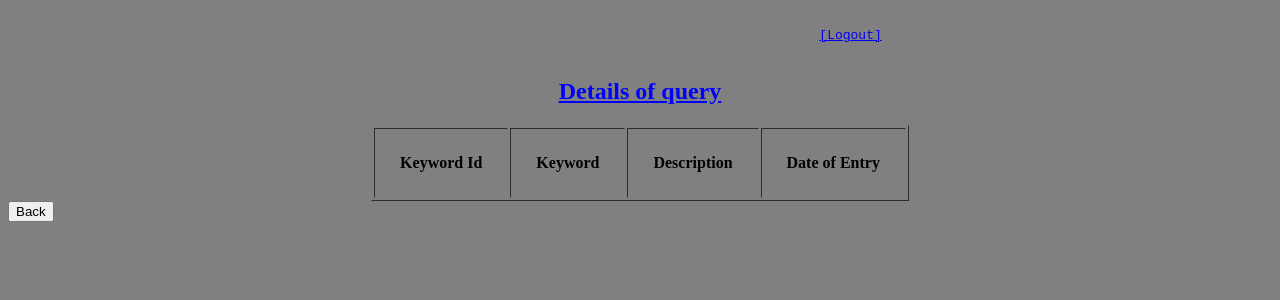
Repository: Ankitr93/CallCenterMgmt
Page: http://localhost/CallCenterManagement/display.jsp
These files come from the project's save history. The page is drawn as it stood at one moment and after the next save; the edit follows.
The browser window is 1280 px wide. The pictures show the whole page.
The page is served by Tomcat 9. Queries for data that is not in the repository find no rows.

Above is the page before, as saved 2013-07-07 06:08:28.

After the next save:
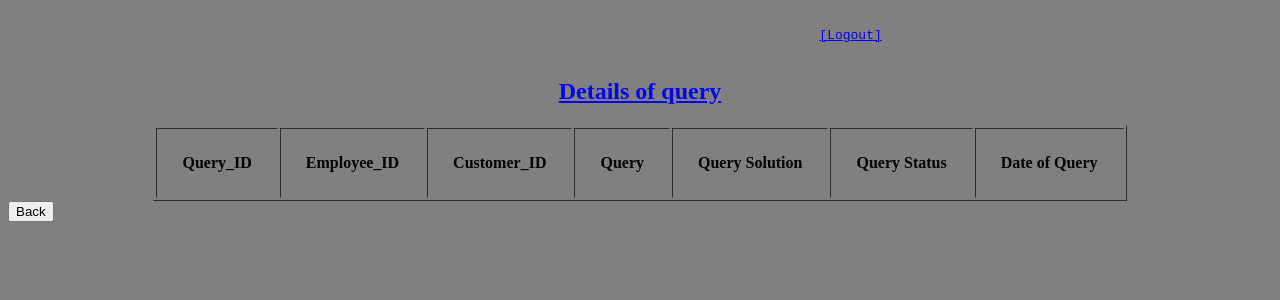
Saved 9 min 1 s later.
--- a/CallCenterManagement/CallCenterManagement1/CallCenterManagement/WebContent/display.jsp
+++ b/CallCenterManagement/CallCenterManagement1/CallCenterManagement/WebContent/display.jsp
@@ -35,7 +35,7 @@ Class.forName("com.mysql.jdbc.Driver").newInstance();
 connection = DriverManager.getConnection(connectionURL, "root", "");
 
 statement = connection.createStatement();
-String QueryString = "SELECT * from keyword";
+String QueryString = "SELECT * from enquiry_details";
 rs = statement.executeQuery(QueryString);
 %>
 <font color="blue"><center><u><h2>Details of query </h2></u></center></font>
@@ -43,10 +43,13 @@ rs = statement.executeQuery(QueryString);
 <table align="center" cellpadding="25" border="1" style="background-color: grey">
 
 <tr>
-<th>Keyword Id</th>
-<th>Keyword</th>
-<th>Description</th>
-<th>Date of Entry</th>
+<th>Query_ID</th>
+<th>Employee_ID</th>
+<th>Customer_ID</th>
+<th>Query</th>
+<th>Query Solution</th>
+<th>Query Status</th>
+<th>Date of Query</th>
 </tr>
 
 
@@ -56,9 +59,12 @@ while (rs.next()) {
 %>
 <tr>
 <td><%=rs.getInt(1)%></td>
-<td><%=rs.getString(2)%></td>
-<td><%=rs.getString(3)%></td>
+<td><%=rs.getInt(2)%></td>
+<td><%=rs.getInt(3)%></td>
 <td><%=rs.getString(4)%></td>
+<td><%=rs.getString(5)%></td>
+<td><%=rs.getString(6)%></td>
+<td><%=rs.getString(7) %></td>
 </tr>
 <% } %>
 <%
